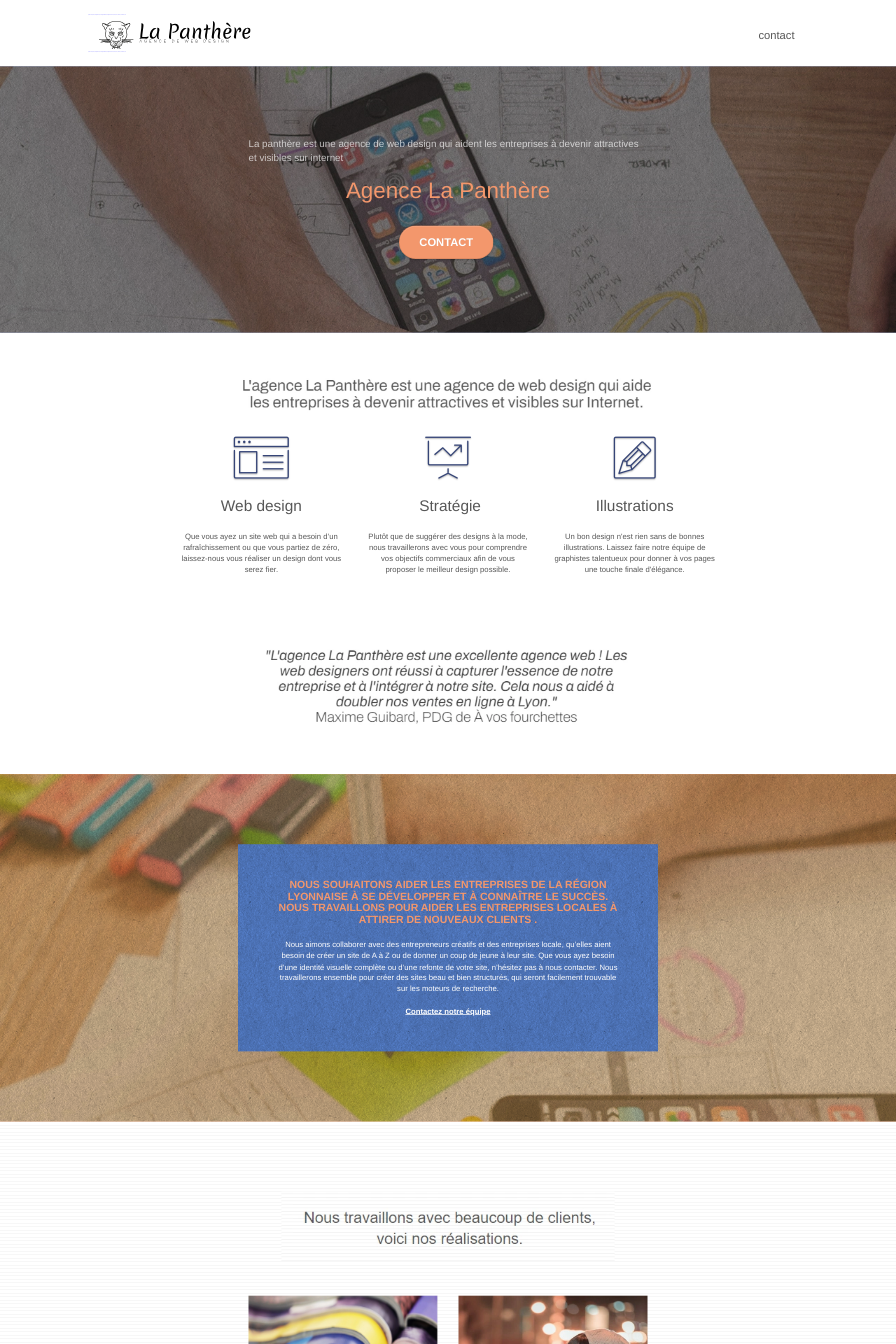
Repository: yacinebouk/la-panthere
Page: index.html
These files come from the project's save history. The page is drawn as it stood at one moment and after the next save; the edit follows.
The browser window is 1280 px wide. The pictures show the part of the page from y = 0 to 1920 px (the page is 3323 px tall before and 3309 px after), at 70% of full size.

Above is the page before, as saved 2022-07-28 11:05:42.

### index.html
<!doctype html>
<html lang="fr">

<head>
    <meta charset="utf-8">
    <meta name="viewport" content="width=device-width, initial-scale=1">
    <meta name="keywords" content="seo, google, site web, site internet, agence design paris, agence design, agence design,agence design,agence design,agence design,agence design,agence design,agence design,agence design">
    <meta name="description" content="L'agence la panthère est une agence de web design qui aident les entreprises a devenir attractives et visibles sur internet">
    <meta name="viewport" content="width=device-width, initial-scale=1.0, viewport-fit=cover">
    <link rel="shortcut icon" type="image/png" href="favicon.jpg">

    <link rel="stylesheet" type="text/css" href="./css/bootstrap.css">
    <link rel="stylesheet" type="text/css" href="style.css">
    <link rel="stylesheet" type="text/css" href="./css/font-awesome.css">
    <link rel="stylesheet" type="text/css" href="./css/et-line.css">


    <script src="./js/jquery-2.1.0.js"></script>
    <script src="./js/bootstrap.js"></script>
    <script src="./js/blocs.js"></script>
    <script src="./js/jquery.touchSwipe.js" defer></script>
    <script src="./js/gmaps.js"></script>

    <title>.</title>


    <!-- Analytics -->

    <!-- Analytics END -->

</head>

<body>
    <!-- Principal conteneur -->
    <div class="page-container">

        <!-- bloc-0 -->
        <div class="bloc bgc-white l-bloc " id="bloc-0">
            <div class="container bloc-sm">

                <nav class="navbar row">
                    <div class="navbar-header">
                        <div class="keywords" style="color: blue;font-size:1px;">Agence web à paris, stratégie web, web design, illustrations, design de site web, site web, web, internet, site internet, site</div>
                        <a class="navbar-brand" href="index.html"><img src="img/agence-la-panthere-monochrome.svg" alt="paris web design logo agence web meilleure agence" height="40" /></a>
                        <div class="keywords" style="color: blue;font-size:1px;">Agence web à paris, stratégie web, web design, illustrations, design de site web, site web, web, internet, site internet, site</div>
                        <button id="nav-toggle" type="button" class="ui-navbar-toggle navbar-toggle" data-toggle="collapse" data-target=".navbar-1">
					<span class="sr-only">Toggle navigation</span><span class="icon-bar"></span><span class="icon-bar"></span><span class="icon-bar"></span>
				</button>
                    </div>
                    <div class="collapse navbar-collapse navbar-1 special-dropdown-nav">
                        <ul class="site-navigation nav navbar-nav">
                            <li>
                            </li>
                            <li>
                                <a href="page2.html">contact</a>
                            </li>
                        </ul>
                    </div>
                </nav>
            </div>
        </div>
        <!-- bloc-0 END -->

        <!-- bloc-1-presentation -->
        <div class="bloc bgc-dark-slate-blue bg-banniere d-bloc bg-t-edge bloc-bg-texture texture-paper b-parallax" id="bloc-1-hero">
            <div class="container bloc-lg">
                <div class="row tight-width-whitespace">
                    <div class="col-sm-12">
                        <span>La panthère est une agence de web design qui aident les entreprises à devenir attractives et visibles sur internet</span>
                        <h1 class="text-center hero-bloc-text tc-white ">
                            Agence La Panthère
                        </h1>
                        <div class="text-center ">
                            <a href="page2.html " class="btn btn-lg btn-clean btn-rd cta-hero btn-atomic-tangerine" id="cta-hero">Contact</a>
                        </div>
                    </div>
                </div>
            </div>
        </div>
        <!-- bloc-1-presentation END -->

        <!-- bloc-2-services -->
        <div class="bloc bgc-white l-bloc" id="bloc-2-services">
            <div class="container bloc-md">
                <div class="row">
                    <div class="col-sm-12 text-center">
                        <img alt="agence web, agence web paris, web design paris, stratégie web " src="img/title.webp" />
                    </div>
                </div>
                <div class="row voffset-lg med-width-whitespace">
                    <div class="col-sm-4">
                        <div class="text-center ">
                            <span class="et-icon-browser sm-shadow icon-dark-slate-blue icons icon-lg"></span>
                        </div>
                        <h2 class="mg-md text-center">
                            Web design
                        </h2>
                        <p class="text-center">
                            Que vous ayez un site web qui a besoin d&rsquo;un rafraîchissement ou que vous partiez de zéro, laissez-nous vous réaliser un design dont vous serez fier.
                        </p>
                    </div>
                    <div class="col-sm-4 ">
                        <div class="text-center ">
                            <span class="et-icon-presentation sm-shadow icon-dark-slate-blue icons icon-lg "></span>
                        </div>
                        <h2 class="mg-md text-center ">
                            &nbsp;Stratégie
                        </h2>
                        <p class="text-center ">
                            Plutôt que de suggérer des designs à la mode, nous travaillerons avec vous pour comprendre vos objectifs commerciaux afin de vous proposer le meilleur design possible.<br>
                        </p>
                    </div>
                    <div class="col-sm-4 ">
                        <div class="text-center ">
                            <span class="et-icon-edit sm-shadow icon-dark-slate-blue icons icon-lg "></span>
                        </div>
                        <h2 class="mg-md text-center ">
                            Illustrations
                        </h2>
                        <p class="text-center ">
                            Un bon design n'est rien sans de bonnes illustrations. Laissez faire notre équipe de graphistes talentueux pour donner à vos pages une touche finale d'élégance.
                        </p>
                    </div>
                </div>
                <div class="row voffset-lg voffset ">
                    <div class="col-xs-12 col-md-8 col-md-offset-2 text-center ">
                        <img alt="agence web, agence web paris, web design paris, stratégie web " src="img/citation.webp " />

                    </div>
                </div>
            </div>
        </div>
        <!-- bloc-2-services END -->

        <!-- bloc-3-what-i-do -->
        <div class="bloc tc-white bgc-atomic-tangerine bg-presentation d-bloc bloc-bg-texture texture-paper b-parallax" id="bloc-3-what-i-do">
            <div class="container bloc-lg">
                <div class="row tight-width-whitespace black-background">
                    <div class="col-sm-12 ">
                        <h3 class="mg-md text-center tc-white">
                            Nous souhaitons aider les entreprises de la région Lyonnaise à se développer et à connaître le succès. Nous travaillons pour aider les entreprises locales à attirer de nouveaux clients .<br>
                        </h3>
                        <p class="text-center white">
                            Nous aimons collaborer avec des entrepreneurs créatifs et des entreprises locale, qu’elles aient besoin de créer un site de A à Z ou de donner un coup de jeune à leur site. Que vous ayez besoin d’une identité visuelle complète ou d’une refonte de votre
                            site, n’hésitez pas à nous contacter. Nous travaillerons ensemble pour créer des sites beau et bien structurés, qui seront facilement trouvable sur les moteurs de recherche. <br><br><a class="ltc-white bold-link "
                                href="page2.html ">Contactez notre équipe</a><br>
                        </p>
                    </div>
                </div>
            </div>
        </div>
        <!-- bloc-3-what-i-do END -->

        <!-- bloc-4-portfolio -->
        <div class="bloc bgc-white bg-lines-h2-bg bg-repeat l-bloc" id="bloc-4-portfolio">
            <div class="container bloc-lg">
                <div class="row ">
                    <div class="col-sm-12 text-center">
                        <img alt="agence web, agence web paris, web design paris, stratégie web " src="img/title2.webp " />
                    </div>
                </div>
                <div class="row tight-width-whitespace portfolio-row">
                    <div class="col-sm-6 ">
                        <a href="# " data-lightbox="img/1.webp " data-gallery-id="gallery-1 " data-caption="Refonte d 'un site web pour un journal local" data-frame="snapshot-lb"><img src="img/1.webp" alt="paris web design logo agence web meilleure agence et refonte site web journal" class="img-responsive portfolio-thumb" /></a>
                        <h4 class="mg-md text-center">
                            Refonte d'un site web pour un journal local</h4>
                        <p class="text-center">
                            Nous avons créé une nouvelle identité visuelle pour un journal lyonnais.
                        </p>
                    </div>
                    <div class="col-sm-6">
                        <a href="#" data-lightbox="img/2.webp" data-gallery-id="gallery-1" data-caption="Création d'un site web pour photographes" data-frame="snapshot-lb"><img src="img/2.webp" class="img-responsive portfolio-thumb" alt="paris web design logo agence web meilleure agence, Création d'un site web pour photographes" /></a>
                        <h4 class="mg-md text-center">
                            Création d'un site web pour photographes
                        </h4>
                        <p class="text-center">
                            Nous avons conçu la plateforme idéale pour laisser place aux clichés des photographes.
                        </p>
                    </div>
                </div>
                <div class="row tight-width-whitespace portfolio-row">
                    <div class="col-sm-6">
                        <a href="#" data-lightbox="img/3.webp" data-gallery-id="gallery-1" data-caption="Création d'un site internet pour un voyageur" data-frame="snapshot-lb"><img src="img/3.webp" class="img-responsive portfolio-thumb" alt="paris web design logo agence web meilleure agence, Création d'un site web pour voyageur" /></a>
                        <h4 class="mg-md text-center">
                            Création d'un site internet pour un voyageur
                        </h4>
                        <p class="text-center">
                            Nous avons élaboré un site internet et des illustrations pour sublimer les vidéos et les articles de ce voyageur.
                        </p>
                    </div>
                    <div class="col-sm-6">
                        <a href="#" data-lightbox="img/4.webp" data-gallery-id="gallery-1" data-caption="Conception d'un site pour une agence de mariage" data-frame="snapshot-lb"><img src="img/4.webp" class="img-responsive portfolio-thumb" alt="paris web design logo agence web meilleure agence, Création d'un site web pour agence de mariage" /></a>
                        <h4 class="mg-md text-center">
                            Conception d'un site pour une agence de mariage
                        </h4>
                        <p class="text-center">
                            Nous avons travaillé avec cette agence pour créer un site internet permettant la présentation détaillée de leurs prestations.
                        </p>
                    </div>
                </div>
            </div>
        </div>
        <!-- bloc-4-portfolio END -->

        <!-- bloc-5-cta -->
        <div class="bloc bgc-dark-slate-blue bg-banniere d-bloc bloc-bg-texture texture-paper" id="bloc-5-cta">
            <div class="container bloc-lg">
                <div class="row">
                    <h5 class="mg-md text-center tc-white">
                        Prêt pour redonner vie à votre projet ?<br>Contactez notre équipe !
                    </h5>
                    <div class="col-sm-12 text-center">
                        <a href="page2.html" class="btn btn-atomic-tangerine btn-clean btn-rd btn-lg cta-hero">Contact</a>
                    </div>
                </div>
            </div>
        </div>
        <!-- bloc-5-cta END -->

        <!-- Footer - bloc-8 -->
        <div class="bloc bgc-atomic-tangerine d-bloc" id="bloc-8">
            <div class="container bloc-sm">
                <div class="row">
                    <div class="col-sm-12">
                        <p class="text-center white">
                            Agence La Panthère - Agence web basée à Lyon.<br>
                        </p>
                        <div class="row row-no-gutters social">
                            <div class="col-sm-3">
                                <div class="text-center">
                                    <a class="twitter" href="index.html"><span class="fa fa-twitter icon-md"></span></a>
                                </div>
                            </div>
                            <div class="col-sm-3">
                                <div class="text-center">
                                    <a class="facebook" href="index.html"><span class="fa fa-facebook icon-md"></span></a>
                                </div>
                            </div>
                            <div class="col-sm-3">
                                <div class="text-center">
                                    <a class="dribbble" href="index.html"><span class="fa fa-dribbble icon-md"></span></a>
                                </div>
                            </div>
                            <div class="col-sm-3">
                                <div class="text-center">
                                    <a class="instagram" href="index.html"><span class="fa fa-instagram icon-md"></span></a>
                                </div>
                            </div>
                            <div class="keywords" style="color:#F3976C;">Agence web à paris, stratégie web, web design, illustrations, design de site web, site web, web, internet, site internet, site</div>
                        </div>
                        <div class="row">
                        </div>
                    </div>
                </div>
            </div>
        </div>
        <!-- Footer - bloc-8 END -->

    </div>
    <!-- Principal conteneur END -->


</body>

</html>

### css/et-line.css
@font-face {
    font-family: et-line;
    src: url(../fonts/et-line.eot);
    src: url(../fonts/et-line.eot?#iefix) format('embedded-opentype'), url(../fonts/et-line.woff) format('woff'), url(../fonts/et-line.ttf) format('truetype'), url(../fonts/et-line.svg#et-line) format('svg');
    font-weight: 400;
    font-style: normal
}

.et-icon-adjustments,
.et-icon-alarmclock,
.et-icon-anchor,
.et-icon-aperture,
.et-icon-attachment,
.et-icon-bargraph,
.et-icon-basket,
.et-icon-beaker,
.et-icon-bike,
.et-icon-book-open,
.et-icon-briefcase,
.et-icon-browser,
.et-icon-calendar,
.et-icon-camera,
.et-icon-caution,
.et-icon-chat,
.et-icon-circle-compass,
.et-icon-clipboard,
.et-icon-clock,
.et-icon-cloud,
.et-icon-compass,
.et-icon-desktop,
.et-icon-dial,
.et-icon-document,
.et-icon-documents,
.et-icon-download,
.et-icon-dribbble,
.et-icon-edit,
.et-icon-envelope,
.et-icon-expand,
.et-icon-facebook,
.et-icon-flag,
.et-icon-focus,
.et-icon-gears,
.et-icon-genius,
.et-icon-gift,
.et-icon-global,
.et-icon-globe,
.et-icon-googleplus,
.et-icon-grid,
.et-icon-happy,
.et-icon-hazardous,
.et-icon-heart,
.et-icon-hotairballoon,
.et-icon-hourglass,
.et-icon-key,
.et-icon-laptop,
.et-icon-layers,
.et-icon-lifesaver,
.et-icon-lightbulb,
.et-icon-linegraph,
.et-icon-linkedin,
.et-icon-lock,
.et-icon-magnifying-glass,
.et-icon-map,
.et-icon-map-pin,
.et-icon-megaphone,
.et-icon-mic,
.et-icon-mobile,
.et-icon-newspaper,
.et-icon-notebook,
.et-icon-paintbrush,
.et-icon-paperclip,
.et-icon-pencil,
.et-icon-phone,
.et-icon-picture,
.et-icon-pictures,
.et-icon-piechart,
.et-icon-presentation,
.et-icon-pricetags,
.et-icon-printer,
.et-icon-profile-female,
.et-icon-profile-male,
.et-icon-puzzle,
.et-icon-quote,
.et-icon-recycle,
.et-icon-refresh,
.et-icon-ribbon,
.et-icon-rss,
.et-icon-sad,
.et-icon-scissors,
.et-icon-scope,
.et-icon-search,
.et-icon-shield,
.et-icon-speedometer,
.et-icon-strategy,
.et-icon-streetsign,
.et-icon-tablet,
.et-icon-target,
.et-icon-telescope,
.et-icon-toolbox,
.et-icon-tools,
.et-icon-tools-2,
.et-icon-trophy,
.et-icon-tumblr,
.et-icon-twitter,
.et-icon-upload,
.et-icon-video,
.et-icon-wallet,
.et-icon-wine {
    font-family: et-line;
    speak: none;
    font-style: normal;
    font-weight: 400;
    font-variant: normal;
    text-transform: none;
    line-height: 1;
    -webkit-font-smoothing: antialiased;
    -moz-osx-font-smoothing: grayscale;
    display: inline-block
}

.et-icon-mobile:before {
    content: "\e000"
}

.et-icon-laptop:before {
    content: "\e001"
}

.et-icon-desktop:before {
    content: "\e002"
}

.et-icon-tablet:before {
    content: "\e003"
}

.et-icon-phone:before {
    content: "\e004"
}

.et-icon-document:before {
    content: "\e005"
}

.et-icon-documents:before {
    content: "\e006"
}

.et-icon-search:before {
    content: "\e007"
}

.et-icon-clipboard:before {
    content: "\e008"
}

.et-icon-newspaper:before {
    content: "\e009"
}

.et-icon-notebook:before {
    content: "\e00a"
}

.et-icon-book-open:before {
    content: "\e00b"
}

.et-icon-browser:before {
    content: "\e00c"
}

.et-icon-calendar:before {
    content: "\e00d"
}

.et-icon-presentation:before {
    content: "\e00e"
}

.et-icon-picture:before {
    content: "\e00f"
}

.et-icon-pictures:before {
    content: "\e010"
}

.et-icon-video:before {
    content: "\e011"
}

.et-icon-camera:before {
    content: "\e012"
}

.et-icon-printer:before {
    content: "\e013"
}

.et-icon-toolbox:before {
    content: "\e014"
}

.et-icon-briefcase:before {
    content: "\e015"
}

.et-icon-wallet:before {
    content: "\e016"
}

.et-icon-gift:before {
    content: "\e017"
}

.et-icon-bargraph:before {
    content: "\e018"
}

.et-icon-grid:before {
    content: "\e019"
}

.et-icon-expand:before {
    content: "\e01a"
}

.et-icon-focus:before {
    content: "\e01b"
}

.et-icon-edit:before {
    content: "\e01c"
}

.et-icon-adjustments:before {
    content: "\e01d"
}

.et-icon-ribbon:before {
    content: "\e01e"
}

.et-icon-hourglass:before {
    content: "\e01f"
}

.et-icon-lock:before {
    content: "\e020"
}

.et-icon-megaphone:before {
    content: "\e021"
}

.et-icon-shield:before {
    content: "\e022"
}

.et-icon-trophy:before {
    content: "\e023"
}

.et-icon-flag:before {
    content: "\e024"
}

.et-icon-map:before {
    content: "\e025"
}

.et-icon-puzzle:before {
    content: "\e026"
}

.et-icon-basket:before {
    content: "\e027"
}

.et-icon-envelope:before {
    content: "\e028"
}

.et-icon-streetsign:before {
    content: "\e029"
}

.et-icon-telescope:before {
    content: "\e02a"
}

.et-icon-gears:before {
    content: "\e02b"
}

.et-icon-key:before {
    content: "\e02c"
}

.et-icon-paperclip:before {
    content: "\e02d"
}

.et-icon-attachment:before {
    content: "\e02e"
}

.et-icon-pricetags:before {
    content: "\e02f"
}

.et-icon-lightbulb:before {
    content: "\e030"
}

.et-icon-layers:before {
    content: "\e031"
}

.et-icon-pencil:before {
    content: "\e032"
}

.et-icon-tools:before {
    content: "\e033"
}

.et-icon-tools-2:before {
    content: "\e034"
}

.et-icon-scissors:before {
    content: "\e035"
}

.et-icon-paintbrush:before {
    content: "\e036"
}

.et-icon-magnifying-glass:before {
    content: "\e037"
}

.et-icon-circle-compass:before {
    content: "\e038"
}

.et-icon-linegraph:before {
    content: "\e039"
}

.et-icon-mic:before {
    content: "\e03a"
}

.et-icon-strategy:before {
    content: "\e03b"
}

.et-icon-beaker:before {
    content: "\e03c"
}

.et-icon-caution:before {
    content: "\e03d"
}

.et-icon-recycle:before {
    content: "\e03e"
}

.et-icon-anchor:before {
    content: "\e03f"
}

.et-icon-profile-male:before {
    content: "\e040"
}

.et-icon-profile-female:before {
    content: "\e041"
}

.et-icon-bike:before {
    content: "\e042"
}

.et-icon-wine:before {
    content: "\e043"
}

.et-icon-hotairballoon:before {
    content: "\e044"
}

.et-icon-globe:before {
    content: "\e045"
}

.et-icon-genius:before {
    content: "\e046"
}

.et-icon-map-pin:before {
    content: "\e047"
}

.et-icon-dial:before {
    content: "\e048"
}

.et-icon-chat:before {
    content: "\e049"
}

.et-icon-heart:before {
    content: "\e04a"
}

.et-icon-cloud:before {
    content: "\e04b"
}

.et-icon-upload:before {
    content: "\e04c"
}

.et-icon-download:before {
    content: "\e04d"
}

.et-icon-target:before {
    content: "\e04e"
}

.et-icon-hazardous:before {
    content: "\e04f"
}

.et-icon-piechart:before {
    content: "\e050"
}

.et-icon-speedometer:before {
    content: "\e051"
}

.et-icon-global:before {
    content: "\e052"
}

.et-icon-compass:before {
    content: "\e053"
}

.et-icon-lifesaver:before {
    content: "\e054"
}

.et-icon-clock:before {
    content: "\e055"
}

.et-icon-aperture:before {
    content: "\e056"
}

.et-icon-quote:before {
    content: "\e057"
}

.et-icon-scope:before {
    content: "\e058"
}

.et-icon-alarmclock:before {
    content: "\e059"
}

.et-icon-refresh:before {
    content: "\e05a"
}

.et-icon-happy:before {
    content: "\e05b"
}

.et-icon-sad:before {
    content: "\e05c"
}

.et-icon-facebook:before {
    content: "\e05d"
}

.et-icon-twitter:before {
    content: "\e05e"
}

.et-icon-googleplus:before {
    content: "\e05f"
}

.et-icon-rss:before {
    content: "\e060"
}

.et-icon-tumblr:before {
    content: "\e061"
}

.et-icon-linkedin:before {
    content: "\e062"
}

.et-icon-dribbble:before {
    content: "\e063"
}

Loaded but not shown: css/bootstrap.css (library); css/font-awesome.css (library); js/jquery-2.1.0.js (library); js/bootstrap.js (library); js/jquery.touchSwipe.js (library); js/gmaps.js (2417 lines, source omitted); js/blocs.js (203 lines, source omitted); style.css (1046 lines, source omitted)

After the next save:
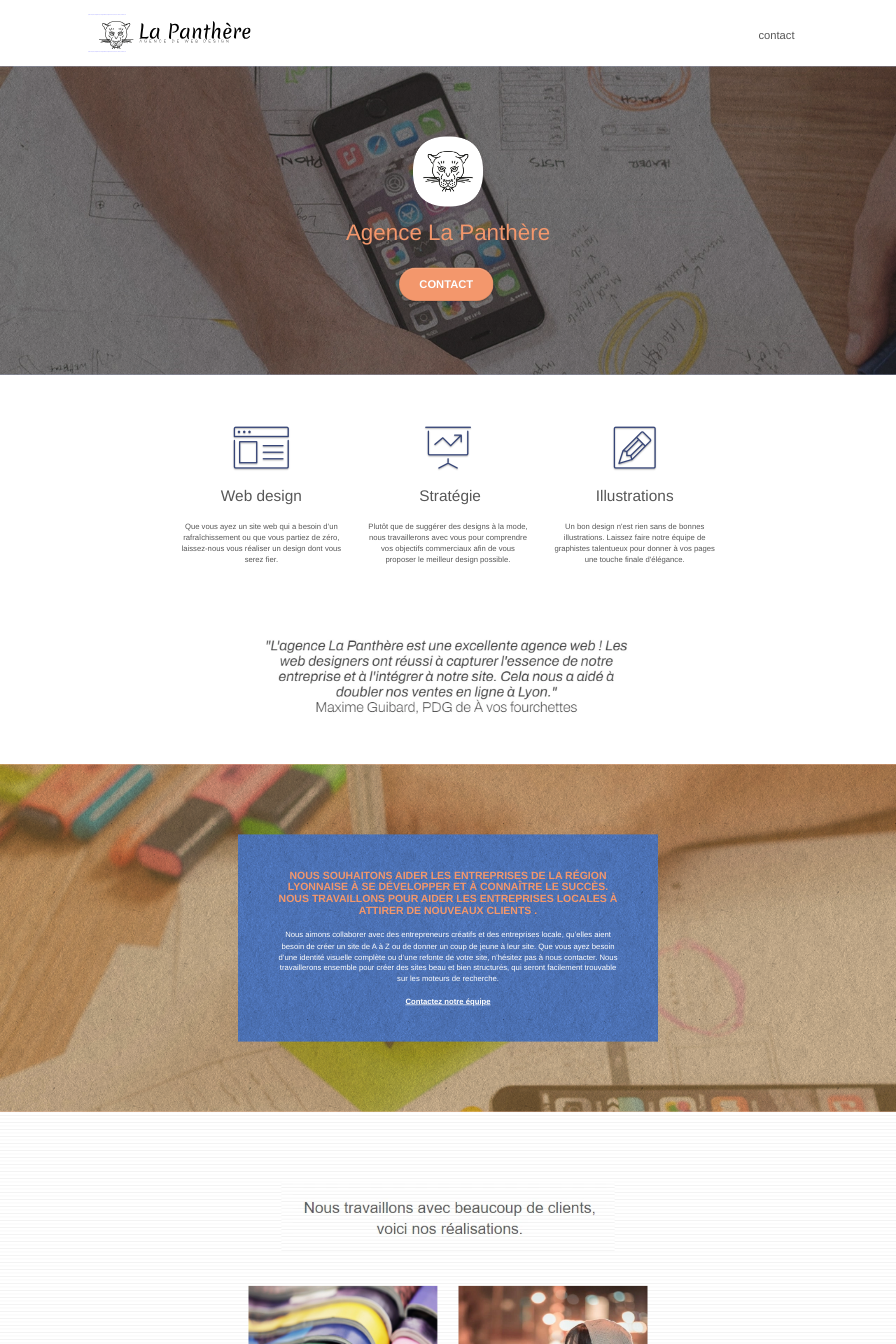
Saved 112 s later.
--- a/index.html
+++ b/index.html
@@ -66,7 +66,7 @@
             <div class="container bloc-lg">
                 <div class="row tight-width-whitespace">
                     <div class="col-sm-12">
-                        <span>La panthère est une agence de web design qui aident les entreprises à devenir attractives et visibles sur internet</span>
+                        <img src="img/logo.webp" class="center-block image-resize-mode" width="100" alt="Agence La Panthère, agence web paris, création logo paris" />
                         <h1 class="text-center hero-bloc-text tc-white ">
                             Agence La Panthère
                         </h1>
@@ -84,7 +84,7 @@
             <div class="container bloc-md">
                 <div class="row">
                     <div class="col-sm-12 text-center">
-                        <img alt="agence web, agence web paris, web design paris, stratégie web " src="img/title.webp" />
+
                     </div>
                 </div>
                 <div class="row voffset-lg med-width-whitespace">
